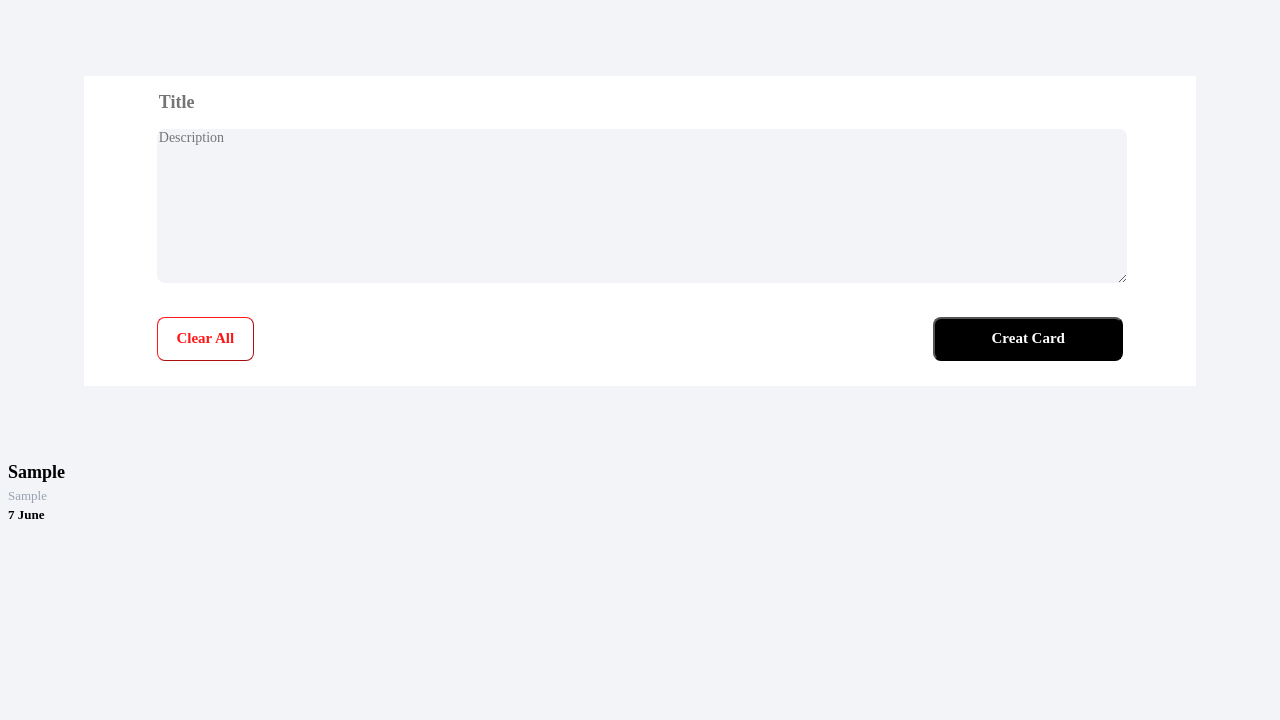
Repository: ReyhanehRahmani/TO-DO
Page: index.html
An editor plug-in stored every save of this project. The page is shown before and after the next save, followed by the edit.
The browser window is 1280 px wide. The pictures show the whole page.
Empty fields were first filled with sample values (such as "Sample", 5 or name@example.com).
After loading, the first visible `#creatbut` was clicked once.

Above is the page before, as saved 2025-06-08 10:29:48.

After the next save:
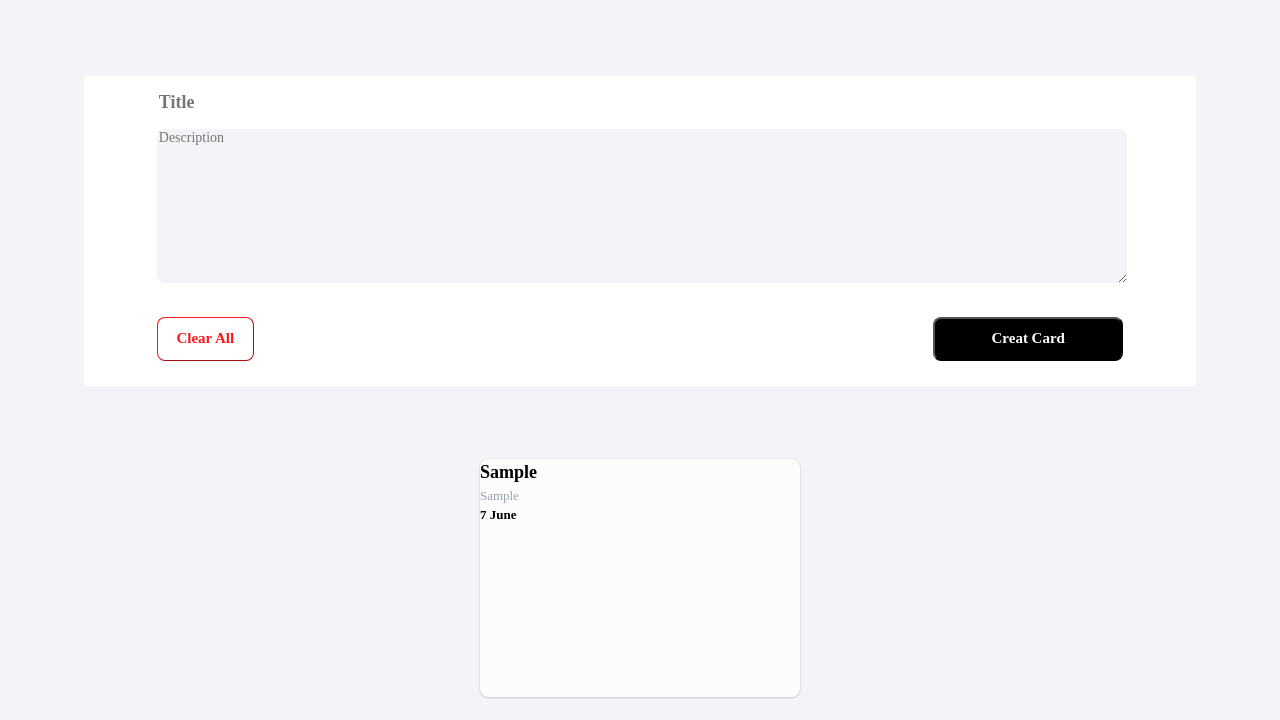
Saved 4 s later.
--- a/style.css
+++ b/style.css
@@ -98,7 +98,7 @@ body{
 
 }
 
-.cardContent {
+.card {
     width: 320px;
     height: 238px;
     border-radius: 8px;
